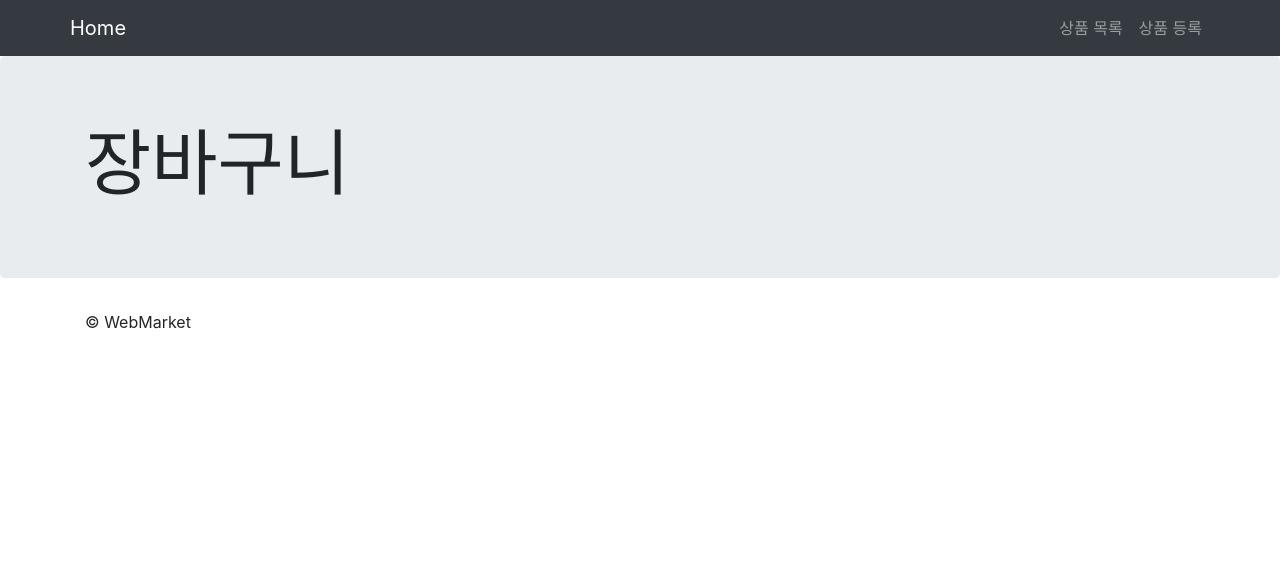
Repository: lhj257/jspwrokspace
Page: http://localhost/WebMarket/cart.jsp
An editor plug-in stored every save of this project. The page is shown before and after the next save, followed by the edit.
The browser window is 1280 px wide. The pictures show the whole page.
The page is served by Tomcat 9.

Above is the page before, as saved 2023-08-30 06:49:21.

After the next save:
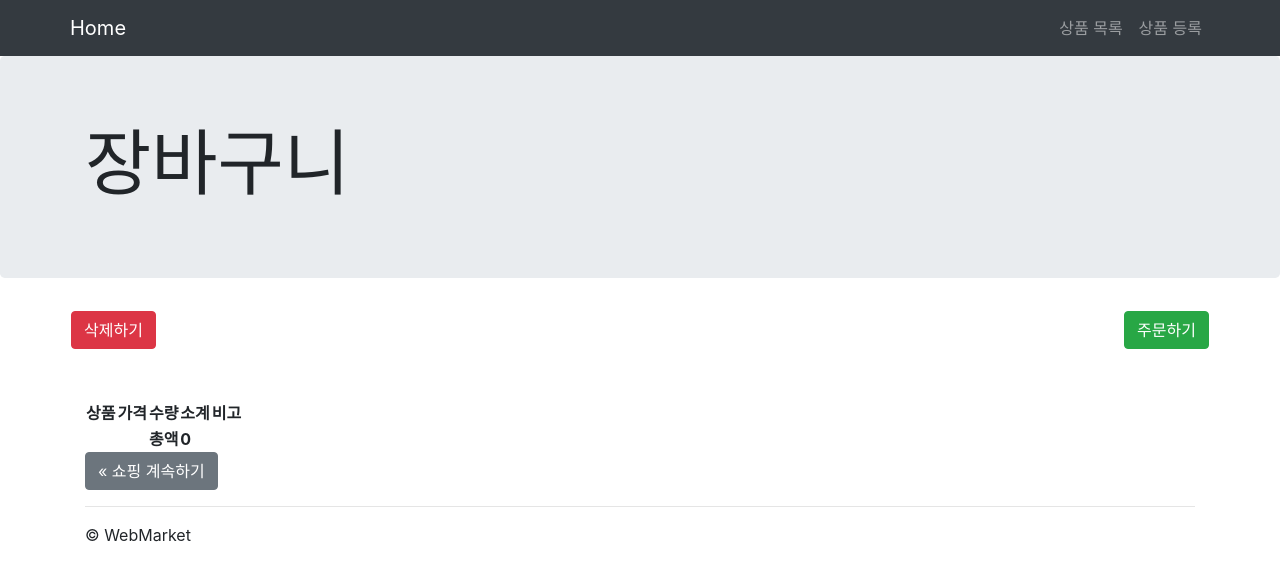
Saved 12 min 45 s later.
--- a/WebMarket/src/main/webapp/cart.jsp
+++ b/WebMarket/src/main/webapp/cart.jsp
@@ -1,3 +1,5 @@
+<%@page import="dto.Product"%>
+<%@page import="java.util.ArrayList"%>
 <%@ page language="java" contentType="text/html; charset=UTF-8"
 	pageEncoding="UTF-8"%>
 <!DOCTYPE html>
@@ -20,7 +22,57 @@
 			<h1 class="display-3">장바구니</h1>
 		</div>
 	</div>
+	<div class="container">
+		<div class="row">
+			<table width="100%">
+				<tr>
+					<td align="left"><a href="./deleteCart.jsp?cartId=<%=cartId%>" class="btn btn-danger">삭제하기</a></td>
+					<td align="right"><a href="#" class="btn btn-success">주문하기</a></td>
+				</tr>
+			</table>
+		</div>
+		<div style="padding-top: 50px">
+			<table class="tabel table-hover">
+				<tr>
+					<th>상품</th>
+					<th>가격</th>
+					<th>수량</th>
+					<th>소계</th>
+					<th>비고</th>
+				</tr>
+				<%
+					int sum=0;
+				ArrayList<Product> cartList=(ArrayList<Product>) session.getAttribute("cartlist");
+					session.getAttribute("cartlist");
+					if(cartList==null)
+						cartList=new ArrayList<Product>();
 
+					for(int i = 0; i<cartList.size(); i++){
+						Product product = cartList.get(i);
+						int total=product.getUnitPrice()*product.getQuantity();
+						sum=sum+total;
+						%>
+				<tr>
+					<td><%=product.getProductId() %>-<%=product.getPname() %></td>
+					<td><%=product.getUnitPrice() %></td>
+					<td><%=product.getQuantity() %></td>
+					<td><%=total %></td>
+					<td><a href="./removeCart.jsp?id=<%=product.getProductId() %>" class="badge badge-danger">삭제</a></td>
+				</tr>
+				<%
+					}
+				%>
+				<tr>
+					<th></th>
+					<th></th>
+					<th>총액</th>
+					<th><%=sum %></th>
+					<th></th>
+			</table>
+			<a href="./products.jsp" class="btn btn-secondary">&laquo; 쇼핑 계속하기</a>
+		</div>
+		<hr>
+	</div>
 	<jsp:include page="footer.jsp" />
 </body>
 </html>
